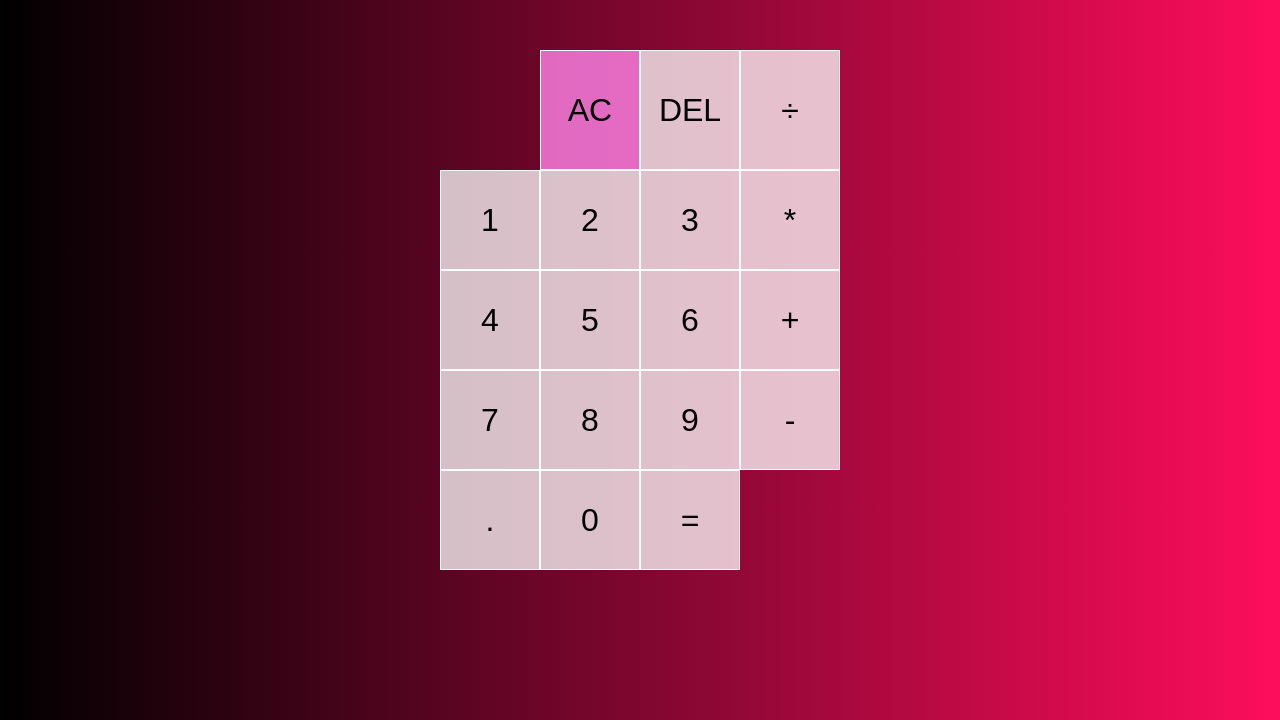
Repository: burntaftermint/calculator
Page: index.html
An editor plug-in stored every save of this project. The page is shown before and after the next save, followed by the edit.
The browser window is 1280 px wide. The pictures show the whole page.
The pointer rests on the first visible `.calculator-grid > button`.

Above is the page before, as saved 2023-11-01 02:36:44.

After the next save:
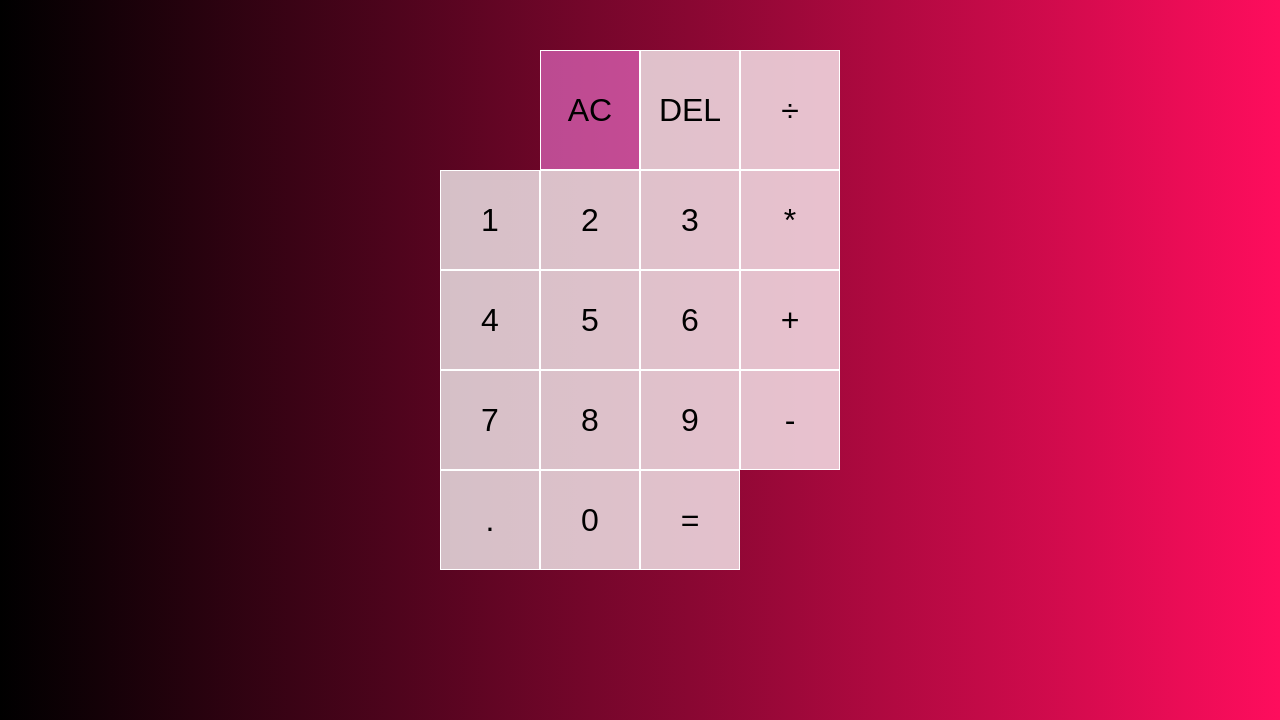
Saved 14 s later.
--- a/styles.css
+++ b/styles.css
@@ -28,5 +28,5 @@ body {
 }
 
 .calculator-grid > button:hover {
-    background-color: rgba(255, 133, 233, 0.796);
+    background-color: rgba(255, 133, 233, 0.544);
 }
